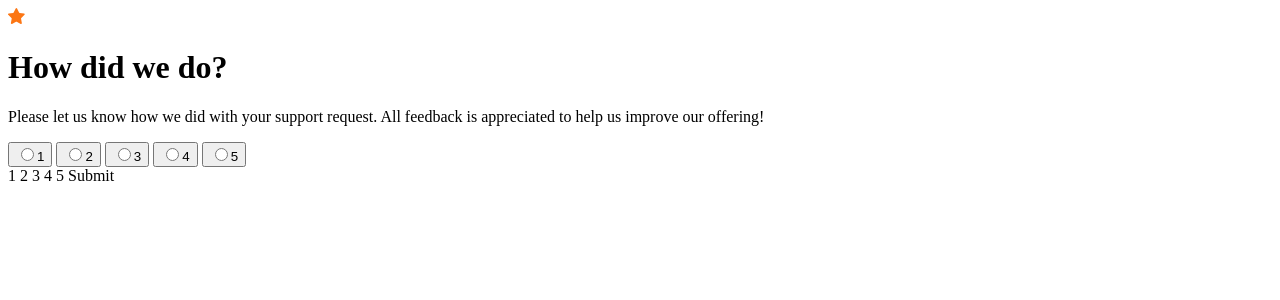
Repository: shayanabedi98/Interactive-rating-component
Page: index.html
An editor plug-in stored every save of this project. The page is shown before and after the next save, followed by the edit.
The browser window is 1280 px wide. The pictures show the whole page.

Above is the page before, as saved 2023-10-11 09:54:37.

After the next save:
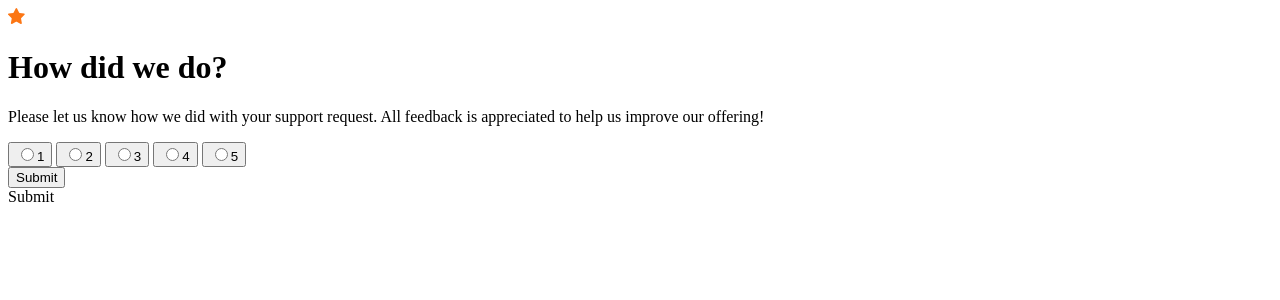
Saved 72 s later.
--- a/index.html
+++ b/index.html
@@ -14,17 +14,15 @@
       <h1>How did we do?</h1>
       <p>Please let us know how we did with your support request. All feedback is appreciated to help us improve our offering!</p>
       <div class="rating">
-        <button><input type="radio">1</button>
+        <button id="rating1"><input type="radio">1</button>
         <button><input type="radio">2</button>
         <button><input type="radio">3</button>
         <button><input type="radio">4</button>
         <button><input type="radio">5</button>
       </div>
+      <button>Submit</button>
     </div>
   </div>
-  <!-- Rating state start -->
-  1 2 3 4 5
-
   Submit
 
   <!-- You selected {Add rating here} out of 5
